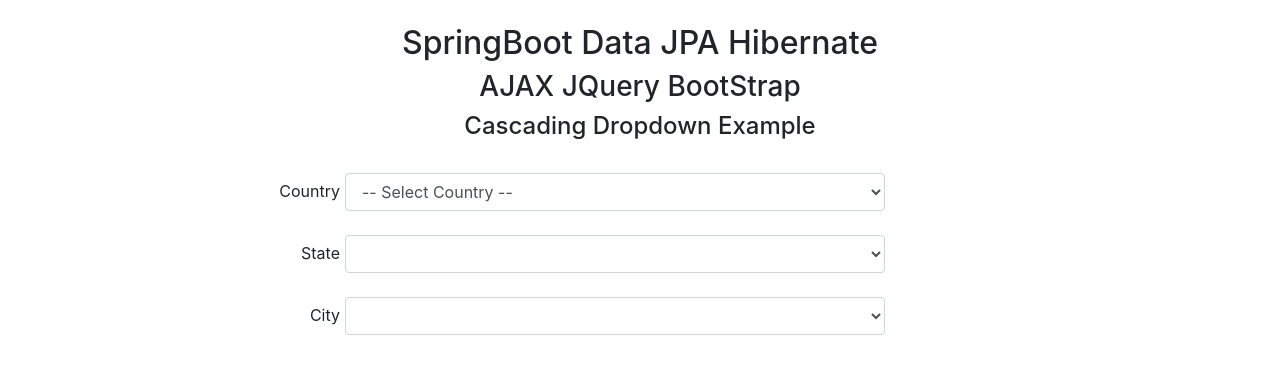
Repository: bharathsanga/AssignmentCustomer
Page: http://localhost/bms/connection.jsp
The author's editor kept a copy of each file at every save. The page is drawn from the files as they stood at one save, then again after the next save.
The browser window is 1280 px wide. The pictures show the whole page.
The page is served by Tomcat 9. The template is opened directly, without the code that normally fills it, so the values that code supplies are empty.

Above is the page before, as saved 2021-12-05 18:35:55.

After the next save:
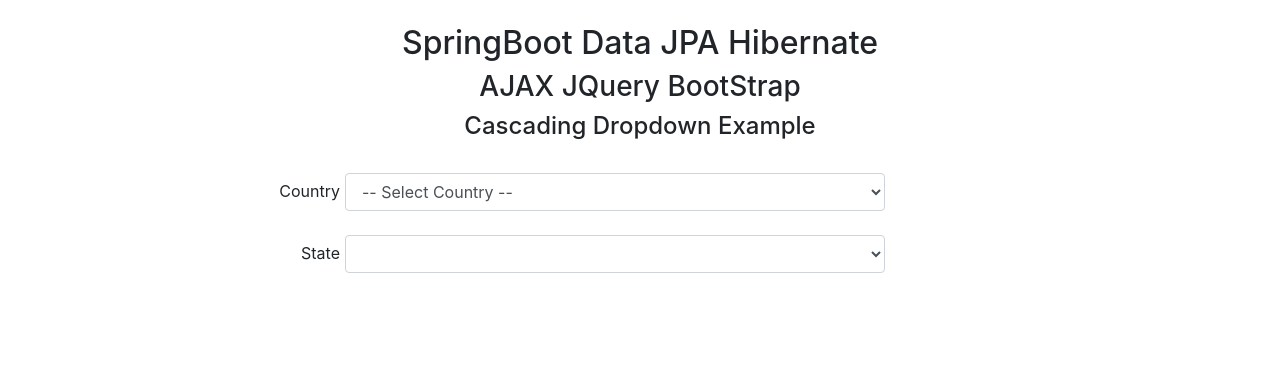
Saved 3 min 26 s later.
--- a/Assignment1/bms/src/main/webapp/connection.jsp
+++ b/Assignment1/bms/src/main/webapp/connection.jsp
@@ -70,14 +70,6 @@
 
 			<br>
 
-			<div class="row">
-				<label class="col-md-3 control-label text-right"
-					for="passwordConfirm">City</label>
-				<div class="col-md-6">
-					<select id="dropdownCity" class="form-control pull-left">
-					</select>
-				</div>
-			</div>
 
 		</form>
 	</div>
